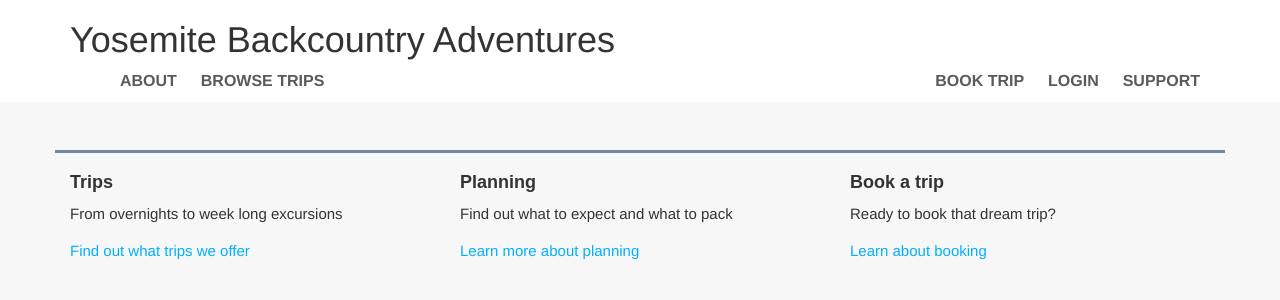
Repository: nageek17/eadventures
Page: http://localhost/products.php
The author's editor kept a record of every edit. The page is drawn from the files as they stood at one moment, then again after the next edit.
The browser window is 1280 px wide. The pictures show the whole page.
Some web libraries are served in a nearby version. The page is run by PHP 8.4 with error messages shown; the project is at /var/www/html/. Queries for data that is not in the repository find no rows.

Above is the page before.
Console error (its wording comes from the project's code and is left out).

### products.php
    <?php
    header(include 'header.php');

    $con=mysqli_connect("127.0.0.1","kdoung17","","eadventures");

    // Check connection
    if (mysqli_connect_errno()) {
        echo "Failed to connect to MySQL: " . mysqli_connect_error();
    }
    ?>



  <div class="trips">
    <div class="jumbotron">


        <?php
        $result = mysqli_query($con,"SELECT * FROM trips;");
        while($row = mysqli_fetch_array($result)) {
        ?>
      <div class="container">
        <div class="row">
            <div class='col-md-4 thumbnail'>
                <img src=<?php echo $row["image"]; ?> >
            </div>
            <div class='col-md-4'>
                <h3><?php echo $row["trip_name"]; ?></h3>
                <p><?php echo $row["description"]; ?></p>
                </div>
            <div class='col-md-4'>
                <h3>Trip Information</h3>
                <ul>
                    <li>Length: <?php echo $row["length"]; ?> nights </li>
                    <li>Difficulty: <?php echo $row["difficulty"]; ?></li>
                    <li>Group Size: <?php echo $row["group_size"]; ?></li>
                    <li>Cost: $<?php echo $row["cost"]; ?></li>
                </ul>
    		    	<div class="caption">
                    <p><a href="#" class="btn btn-primary" role="button">Book now!</a></p>
              </div>
            </div>
          </div>
        </div>


    </div>
</div>

<?php }
mysqli_close($con);
?>

<?php
    include ('footer.php');
?>

### header.php
<!DOCTYPE html>
<html>
  <head>


    <link rel="stylesheet" href="//netdna.bootstrapcdn.com/bootstrap/3.1.1/css/bootstrap.min.css">
    <link rel="stylesheet" href="//netdna.bootstrapcdn.com/bootstrap/3.1.1/css/bootstrap-theme.min.css">

    <link rel="stylesheet" href="css/main.css">

    <title>eAdventures</title>

  </head>

<body>
    <div class="nav">
      <div class="container">
        <h1 class='heading'>Yosemite Backcountry Adventures</h1>
        <ul class="pull-left" class="active">
          <li><a href="home.php">about</a></li>
          <li><a href="products.php">Browse Trips</a></li>
        </ul>
        <ul class="pull-right">
          <li><a href="booking.html">Book trip</a></li>
          <li><a href="login.html">Login</a></li>
          <li><a href="support.html">Support</a></li>
        </ul>
      </div>
    </div>

### footer.php


<div class="learn-more">
	  <div class="container">
		<div class='row'>
	      <div class='col-md-4'>
			<h3>Trips</h3>
			<p>From overnights to week long excursions</p>
			<p><a href="products.php">Find out what trips we offer</a></p>
	      </div>
		  <div class='col-md-4'>
			<h3>Planning</h3>
			<p>Find out what to expect and what to pack</p>
			<p><a href="faq.php">Learn more about planning</a></p>
		  </div>
		  <div class='col-md-4'>
			<h3>Book a trip</h3>
			<p>Ready to book that dream trip?</p>
			<p><a href="booking.php">Learn about booking</a></p>
		  </div>
	    </div>
	  </div>
	</div>
</div>


<script type="text/javascript" src="jcart/js/jquery-1.4.4.min.js"></script>
<script type="text/javascript" src="jcart/js/jcart.min.js"></script>
<script src="https://maxcdn.bootstrapcdn.com/bootstrap/3.2.0/js/bootstrap.min.js"></script>

</body>
</html>

### jcart/config-loader.php
<?php

// jCart v1.3
// http://conceptlogic.com/jcart/

// By default, this file returns the $config array for use with PHP scripts
// If requested via Ajax, the array is encoded as JSON and echoed out to the browser

// Don't edit here, edit config.php
include_once('config.php');

// Use default values for any settings that have been left empty
if (!$config['currencyCode']) $config['currencyCode']                     = 'USD';
if (!$config['text']['cartTitle']) $config['text']['cartTitle']           = 'Shopping Cart';
if (!$config['text']['singleItem']) $config['text']['singleItem']         = 'Item';
if (!$config['text']['multipleItems']) $config['text']['multipleItems']   = 'Items';
if (!$config['text']['subtotal']) $config['text']['subtotal']             = 'Subtotal';
if (!$config['text']['update']) $config['text']['update']                 = 'update';
if (!$config['text']['checkout']) $config['text']['checkout']             = 'checkout';
if (!$config['text']['checkoutPaypal']) $config['text']['checkoutPaypal'] = 'Checkout with PayPal';
if (!$config['text']['removeLink']) $config['text']['removeLink']         = 'remove';
if (!$config['text']['emptyButton']) $config['text']['emptyButton']       = 'empty';
if (!$config['text']['emptyMessage']) $config['text']['emptyMessage']     = 'Your cart is empty!';
if (!$config['text']['itemAdded']) $config['text']['itemAdded']           = 'Item added!';
if (!$config['text']['priceError']) $config['text']['priceError']         = 'Invalid price format!';
if (!$config['text']['quantityError']) $config['text']['quantityError']   = 'Item quantities must be whole numbers!';
if (!$config['text']['checkoutError']) $config['text']['checkoutError']   = 'Your order could not be processed!';

if ($_GET['ajax'] == 'true') {
	header('Content-type: application/json; charset=utf-8');
	echo json_encode($config);
}
?>

### jcart/config.php
<?php

// jCart v1.3
// http://conceptlogic.com/jcart/

// Do NOT store any sensitive info in this file!!!
// It's loaded into the browser as plain text via Ajax


////////////////////////////////////////////////////////////////////////////////
// REQUIRED SETTINGS

// Path to your jcart files
$config['jcartPath']              = 'jcart/';

// Path to your checkout page
$config['checkoutPath']           = 'checkout.php';

// The HTML name attributes used in your item forms
$config['item']['id']             = 'my-item-id';    // Item id
$config['item']['name']           = 'my-item-name';    // Item name
$config['item']['price']          = 'my-item-price';    // Item price
$config['item']['qty']            = 'my-item-qty';    // Item quantity
$config['item']['url']            = 'my-item-url';    // Item URL (optional)
$config['item']['add']            = 'my-add-button';    // Add to cart button

// Your PayPal secure merchant ID
// Found here: https://www.paypal.com/webapps/customerprofile/summary.view
$config['paypal']['id']           = 'seller_1282188508_biz@conceptlogic.com';

////////////////////////////////////////////////////////////////////////////////
// OPTIONAL SETTINGS

// Three-letter currency code, defaults to USD if empty
// See available options here: http://j.mp/agNsTx
$config['currencyCode']           = '';

// Add a unique token to form posts to prevent CSRF exploits
// Learn more: http://conceptlogic.com/jcart/security.php
$config['csrfToken']              = false;

// Override default cart text
$config['text']['cartTitle']      = '';    // Shopping Cart
$config['text']['singleItem']     = '';    // Item
$config['text']['multipleItems']  = '';    // Items
$config['text']['subtotal']       = '';    // Subtotal
$config['text']['update']         = '';    // update
$config['text']['checkout']       = '';    // checkout
$config['text']['checkoutPaypal'] = '';    // Checkout with PayPal
$config['text']['removeLink']     = '';    // remove
$config['text']['emptyButton']    = '';    // empty
$config['text']['emptyMessage']   = '';    // Your cart is empty!
$config['text']['itemAdded']      = '';    // Item added!
$config['text']['priceError']     = '';    // Invalid price format!
$config['text']['quantityError']  = '';    // Item quantities must be whole numbers!
$config['text']['checkoutError']  = '';    // Your order could not be processed!

// Override the default buttons by entering paths to your button images
$config['button']['checkout']     = '';
$config['button']['paypal']       = '';
$config['button']['update']       = '';
$config['button']['empty']        = '';


////////////////////////////////////////////////////////////////////////////////
// ADVANCED SETTINGS

// Display tooltip after the visitor adds an item to their cart?
$config['tooltip']                = true;

// Allow decimals in item quantities?
$config['decimalQtys']            = false;

// How many decimal places are allowed?
$config['decimalPlaces']          = 1;

// Number format for prices, see: http://php.net/manual/en/function.number-format.php
$config['priceFormat']            = array('decimals' => 2, 'dec_point' => '.', 'thousands_sep' => ',');

// Send visitor to PayPal via HTTPS?
$config['paypal']['https']        = true;

// Use PayPal sandbox?
$config['paypal']['sandbox']      = false;

// The URL a visitor is returned to after completing their PayPal transaction
$config['paypal']['returnUrl']    = '';

// The URL of your PayPal IPN script
$config['paypal']['notifyUrl']    = '';

?>

### css/main.css
.home .heading {
  font-family: 'Shift', sans-serif;
  font-weight: bold;
}

.neighborhood-guides {
    background-color: #efefef;
    border-bottom: 1px solid #dbdbdb;
}

.neighborhood-guides h2{
    color: #393c3d;
    font-size: 24px;
}

.neighborhood-guides p {
    font-size: 15px;
    margin-bottom: 13px;
}

.nav a {
  color: #5a5a5a;
  font-size: 16px;
  font-weight: bold;
  padding: 14px 10px;
  text-transform: uppercase;
}

.nav li {
  display: inline;
}

.home .jumbotron {
  background-image:url('http://www.essenceinphotography.com/wp-content/uploads/2012/02/Yosemite-Valley-from-Glacier-Point.jpg');
  height: 500px;
}

.home .jumbotron .container {
  position: relative;
  top:100px;
}

.home .jumbotron h1 {
  color: #fff;
  font-size: 48px;
  font-family: 'Shift', sans-serif;
  font-weight: bold;
}

.home .jumbotron p {
  font-size: 20px;
  color: #fff;
}

.home .learn-more {
  background-color: #f7f7f7;
}

.learn-more h3 {
  font-family: 'Shift', sans-serif;
  font-size: 18px;
  font-weight: bold;
}

.learn-more a {
  color: #00b0ff;
}

.trips .jumbotron {
  background-color: #f7f7f7;

}

/*  products css page */
.trips .jumbotron p{
  font-size: 15px;

}

.trips .container{
        border-top-style: solid;
        border-top-color: #778899;

}

.trips .thumbnail {
  margin-top: 20px;
}

### jcart/js/jcart.min.js
// jCart v1.3
// http://conceptlogic.com/jcart/
$(function(){var a=(function(){var k="jcart",b=$("#jcart"),e=$("[name=jcartToken]").val(),i=$("#jcart-tooltip");var d=(function(){var l=null;$.ajax({url:k+"/config-loader.php",data:{ajax:"true"},dataType:"json",async:false,success:function(m){l=m},error:function(){alert("Ajax error: Edit the path in jcart.js to fix.")}});return l}());var f=(function(){if(d.tooltip===true){i.text(d.text.itemAdded);$(".jcart [type=submit]").mouseenter(function(m){var l=m.pageY+25,n=m.pageX+-10;$("body").append(i);i.css({top:n+"px",left:l+"px"})}).mousemove(function(m){var n=m.pageY+25,l=m.pageX+-10;i.css({top:n+"px",left:l+"px"})}).mouseleave(function(){i.hide()})}$("#jcart-buttons").remove();$.ajaxSetup({type:"POST",url:k+"/relay.php",success:function(l){b.html(l);$("#jcart-buttons").remove()},error:function(n,p){var o=n.status,l="Ajax error: ";if(o===0){l+="Check your network connection."}if(o===404||o===500){l+=o}if(p==="parsererror"||p==="timeout"){l+=p}alert(l)}})}());var c=$("#jcart-is-checkout").val();function j(n){var m=n.find("[name="+d.item.qty+"]"),l=n.find("[name="+d.item.add+"]");$.ajax({data:n.serialize()+"&"+d.item.add+"="+l.val(),success:function(o){if(m.val()>0&&i.css("display")==="none"){i.fadeIn("100").delay("400").fadeOut("100")}b.html(o);$("#jcart-buttons").remove()}})}function g(l){var o=l.parent().find('[name="jcartItemId[]"]').val();var n=l.val();if(n){var m=window.setTimeout(function(){$.ajax({data:{jcartUpdate:1,itemId:o,itemQty:n,jcartIsCheckout:c,jcartToken:e}})},1000)}l.keydown(function(p){if(p.which!==9){window.clearTimeout(m)}})}function h(m){var n=m.attr("href");n=n.split("=");var l=n[1];$.ajax({type:"GET",data:{jcartRemove:l,jcartIsCheckout:c}})}$(".jcart").submit(function(l){j($(this));l.preventDefault()});b.keydown(function(l){if(l.which===13){l.preventDefault()}});b.delegate('[name="jcartItemQty[]"]',"keyup",function(){g($(this))});b.delegate(".jcart-remove","click",function(l){h($(this));l.preventDefault()})}())});

Loaded but not shown: jcart/js/jquery-1.4.4.min.js (library)

After the next edit:
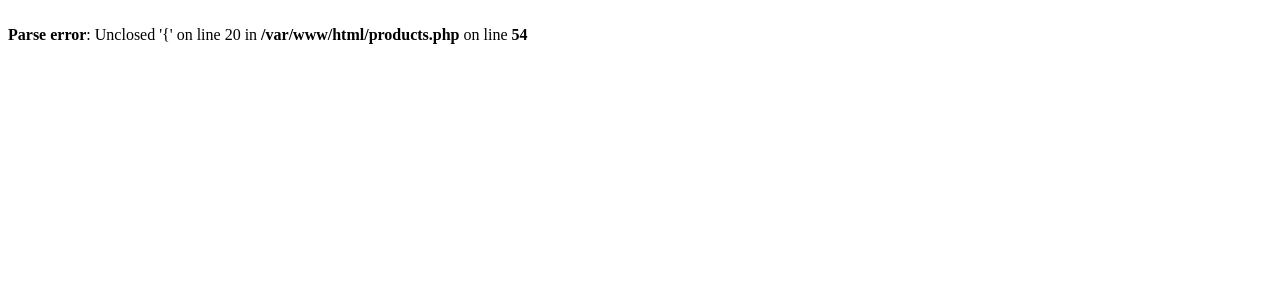
The error is gone.
The edit:
--- a/products.php
+++ b/products.php
@@ -47,9 +47,7 @@
     </div>
 </div>
 
-<?php }
-mysqli_close($con);
-?>
+
 
 <?php
     include ('footer.php');
